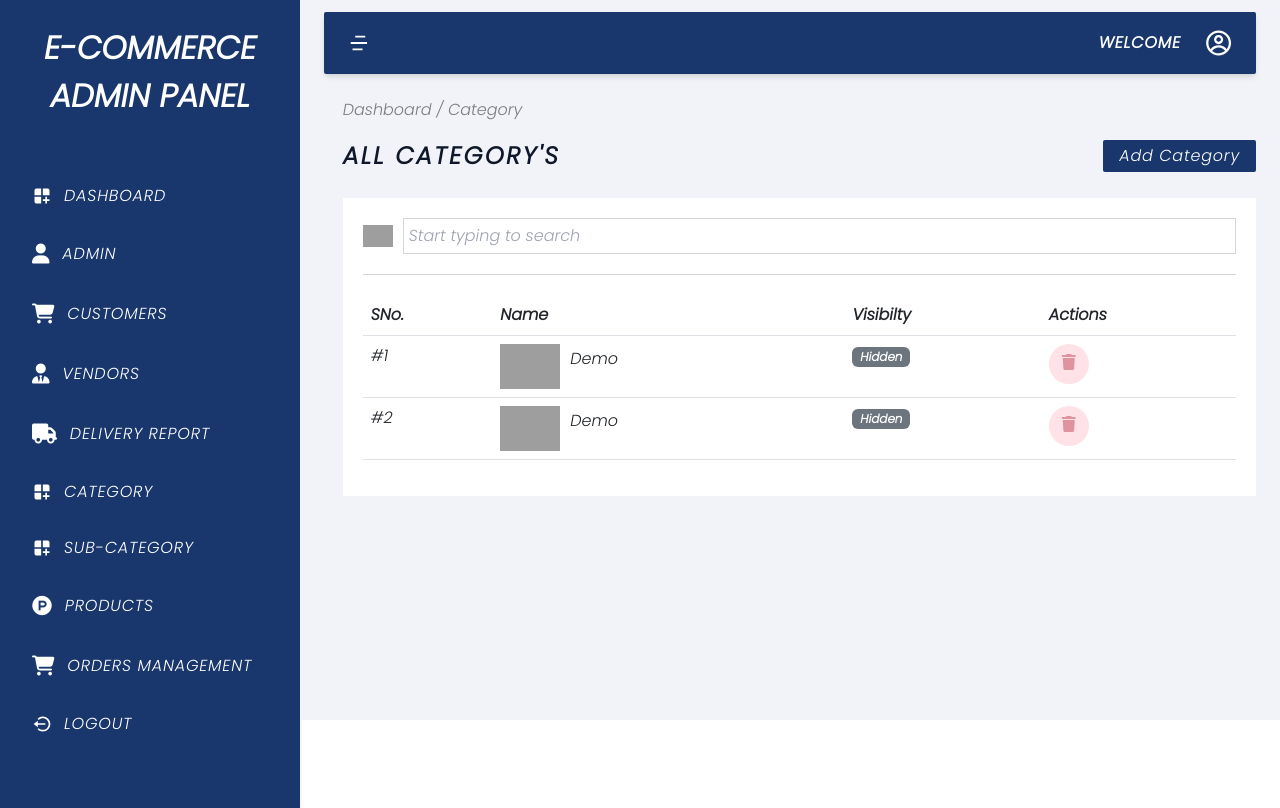
Repository: FlyweisReact/Hariom-Admin-Panel
Page: /E-Commerce/Category
The author's editor kept a copy of each file at every save. The page is drawn from the files as they stood at one save, then again after a run of saves.
The browser window is 1280 px wide. The pictures show the whole page.
Pictures or frames that could not be fetched are drawn as grey boxes. Some web libraries are served in a nearby version. The project was rebuilt for these pictures with package versions that can differ from the ones it lists, and the page was loaded fresh each time. Also part of the build but not shown: src/vendorPanel/forms/VendorLogin.jsx, src/vendorPanel/layout/Navbar.jsx, src/vendorPanel/layout/Sidebar.jsx, src/vendorPanel/layout/HOC.jsx, src/vendorPanel/pages/AdminDiscount.js, src/vendorPanel/pages/AdminReview.js, src/vendorPanel/pages/Astrologers.js, src/vendorPanel/pages/Banners.js and 32 more.

Above is the page before, as saved 2023-04-26 19:15:48.

After the next 2 saves:
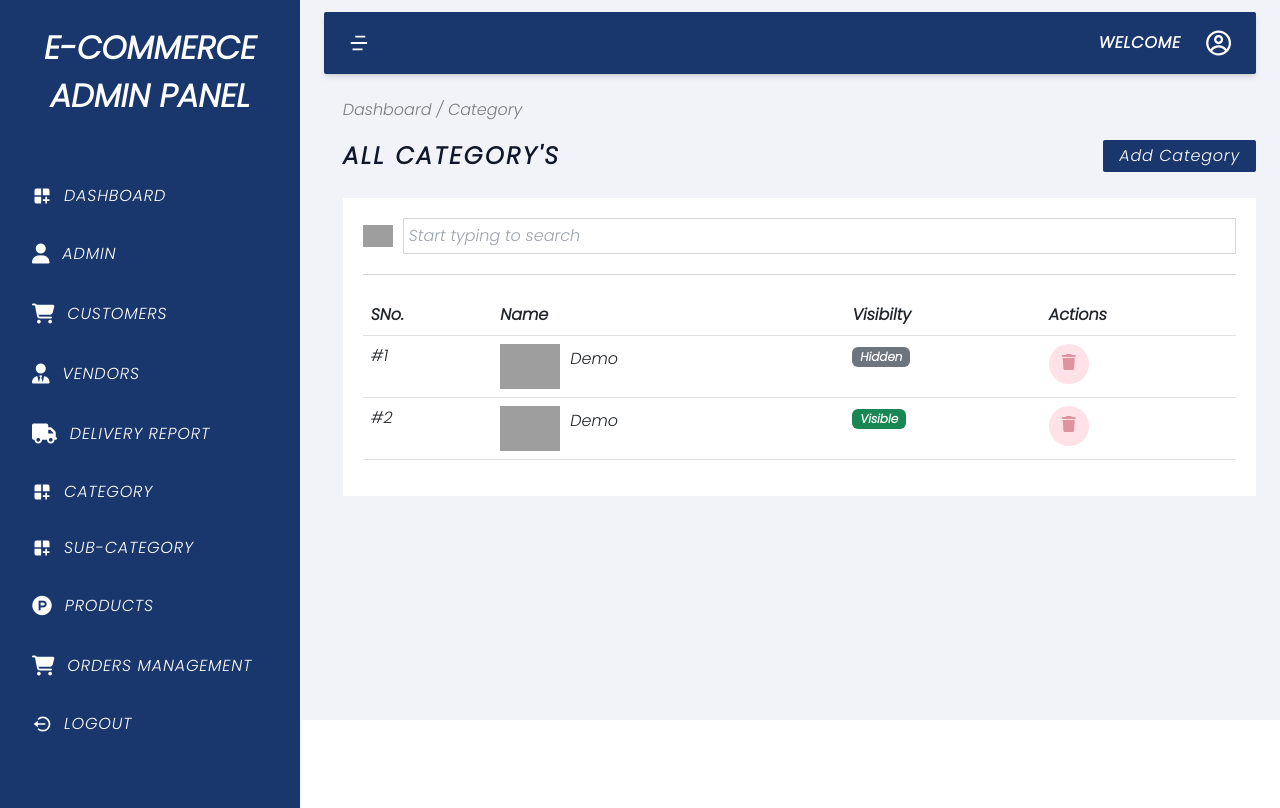
The 2 saves are shown as one change because they came seconds apart.
The last was saved 7 s later.
--- a/src/E-CommerceAdmin/pages/ECategory.js
+++ b/src/E-CommerceAdmin/pages/ECategory.js
@@ -116,7 +116,7 @@ const ECategory = () => {
 
                   </td>
                   <td>
-                    <Badge bg='secondary' >Hidden</Badge>
+                    <Badge bg='success' >Visible</Badge>
                   </td>
                   <td>
                     <i className="fa-solid fa-trash" />
